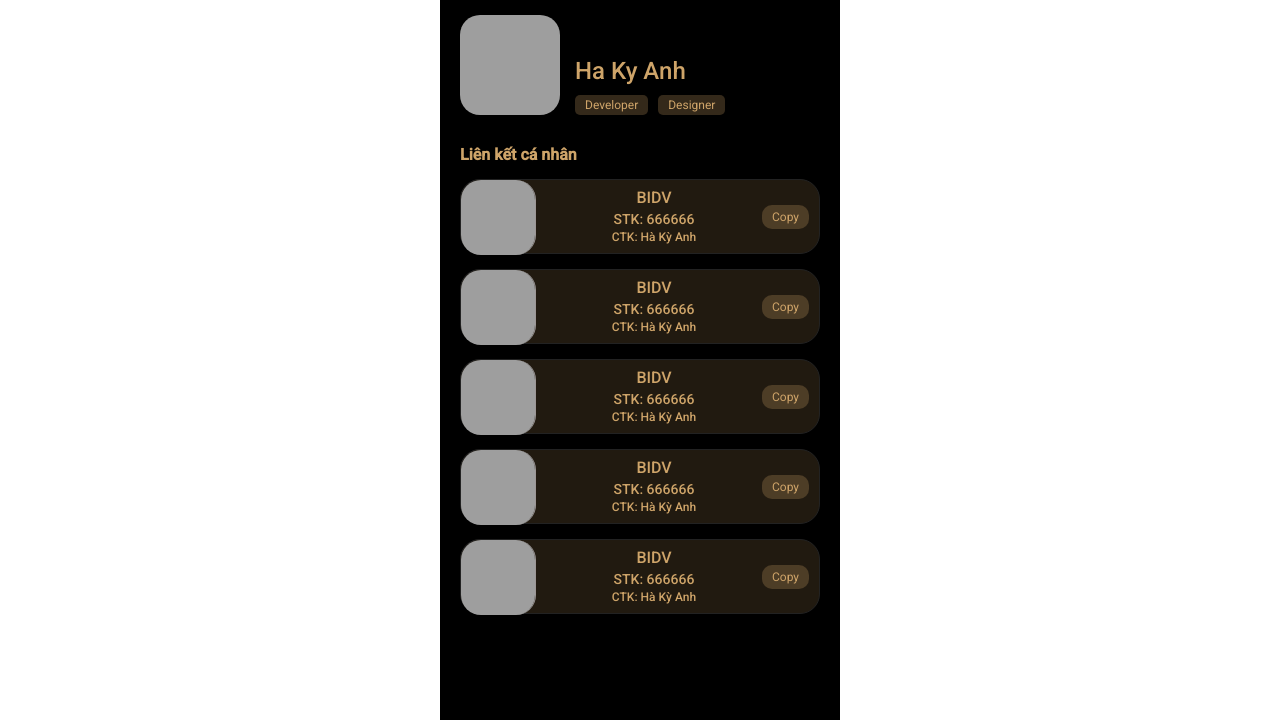
Repository: yzarc204/nguyen-tien-viet-hoang
Page: thong-tin-thanh-toan/index.html
These files come from the project's save history. The page is drawn as it stood at one moment and after a run of saves; the edit follows.
The browser window is 1280 px wide. The pictures show the whole page.
Pictures or frames that could not be fetched are drawn as grey boxes.

Above is the page before, as saved 2021-09-27 11:10:38.

After the next 2 saves:
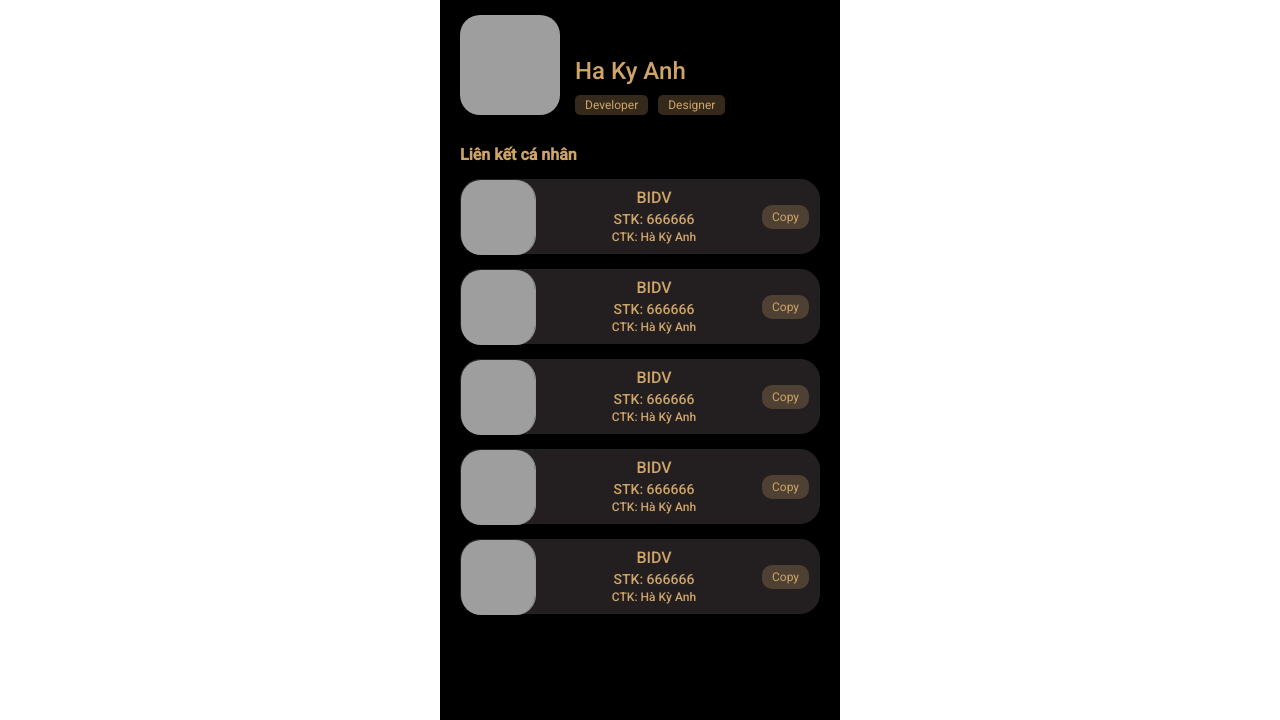
The 2 saves are shown as one change because they came seconds apart.
The last was saved 46 s later.
--- a/thong-tin-thanh-toan/public/css/index.css
+++ b/thong-tin-thanh-toan/public/css/index.css
@@ -7,7 +7,7 @@
 
 :root {
     --primary-color: #cea469;
-    --secondary-color: #211A10;
+    --secondary-color: #231f20;
     --dark-color: #cea469;
 }
 
